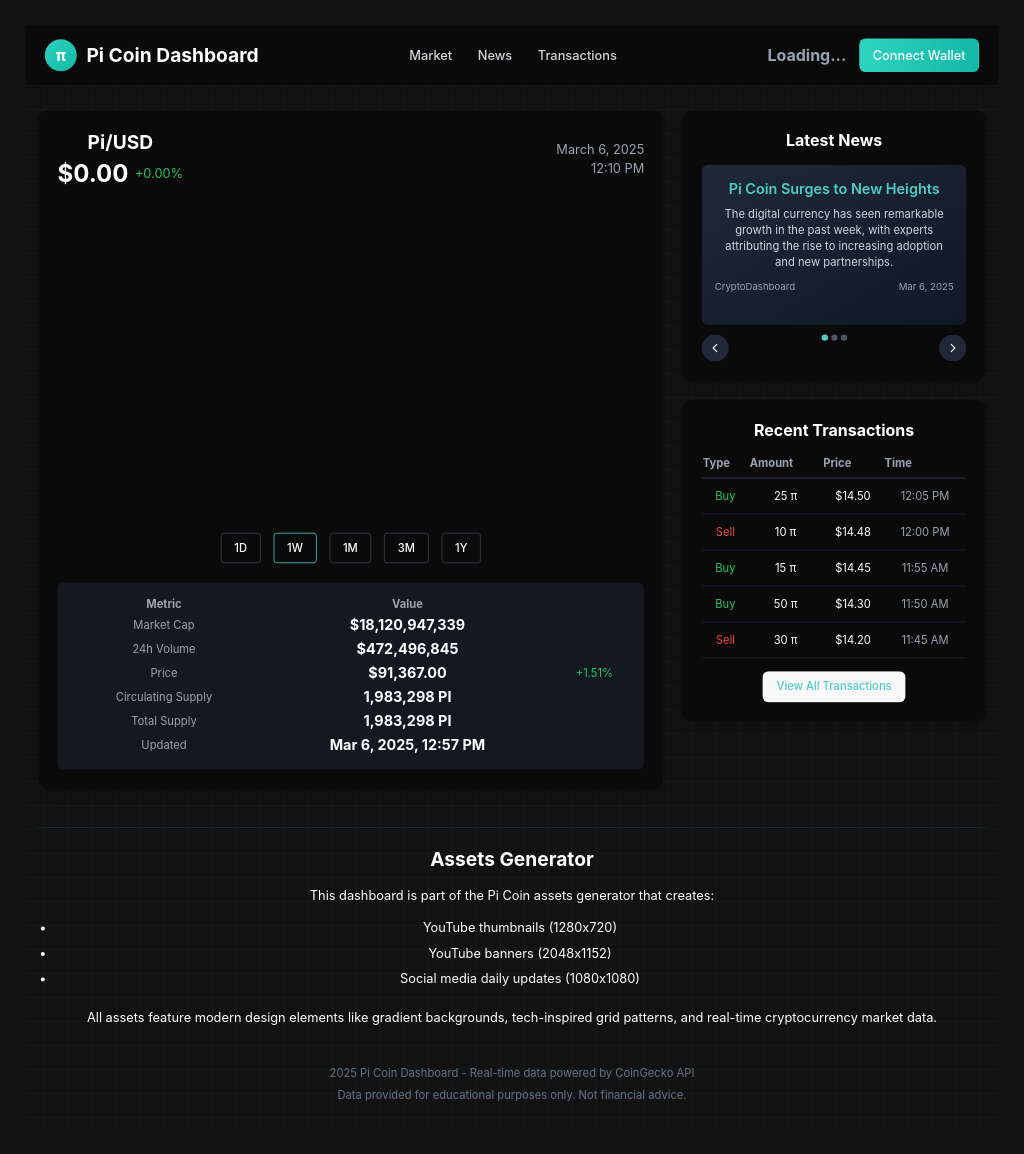
Repository: Freezler/pi-coin-dashboard
Page: /
An editor plug-in stored every save of this project. The page is shown before and after the next save, followed by the edit.
The browser window is 1280 px wide. The pictures show the whole page, at 80% of full size.
The page's requests for data from a server got no answer. The project was rebuilt for these pictures with package versions that can differ from the ones it lists, and the page was loaded fresh each time. No one was signed in, and anything a server would have sent is missing. Also part of the build but not shown: svelte.config.js, vite.config.js.

Above is the page before, as saved 2025-03-06 13:48:13.

After the next save:
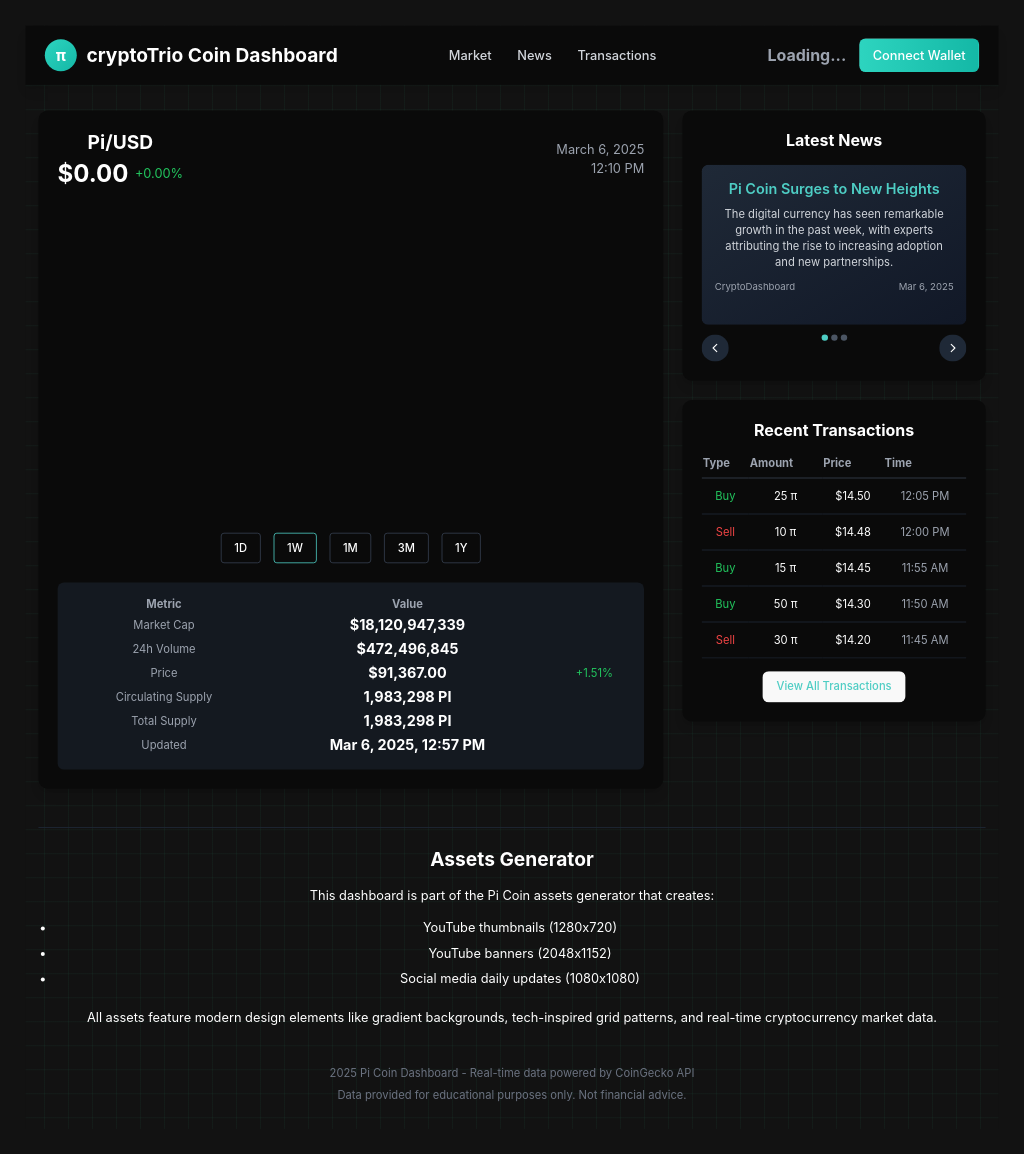
Saved 103 s later.
--- a/src/components/Navbar.svelte
+++ b/src/components/Navbar.svelte
@@ -4,23 +4,32 @@
   export let loading = false;
 
   // Calculate the color based on positive or negative change
-  $: changeColor = change24h >= 0 ? 'text-green-500' : 'text-red-500';
-  $: changeSign = change24h >= 0 ? '+' : '';
+  $: changeColor = change24h >= 0 ? "text-green-500" : "text-red-500";
+  $: changeSign = change24h >= 0 ? "+" : "";
 </script>
 
 <nav class="bg-pi-darker py-4 px-6 shadow-lg">
   <div class="container mx-auto flex justify-between items-center">
     <div class="flex items-center">
-      <div class="w-10 h-10 bg-gradient-to-br from-teal-400 to-teal-500 rounded-full flex items-center justify-center mr-3">
+      <div
+        class="w-10 h-10 bg-gradient-to-br from-teal-400 to-teal-500 rounded-full flex items-center justify-center mr-3"
+      >
         <span class="text-white font-bold text-xl">π</span>
       </div>
-      <h1 class="text-2xl font-bold text-white">Pi Coin Dashboard</h1>
+      <h1 class="text-2xl font-bold text-white">cryptoTrio Coin Dashboard</h1>
     </div>
 
     <div class="hidden md:flex items-center space-x-8">
-      <a href="#market" class="text-gray-300 hover:text-white transition-colors">Market</a>
-      <a href="#news" class="text-gray-300 hover:text-white transition-colors">News</a>
-      <a href="#transactions" class="text-gray-300 hover:text-white transition-colors">Transactions</a>
+      <a href="#market" class="text-gray-300 hover:text-white transition-colors"
+        >Market</a
+      >
+      <a href="#news" class="text-gray-300 hover:text-white transition-colors"
+        >News</a
+      >
+      <a
+        href="#transactions"
+        class="text-gray-300 hover:text-white transition-colors">Transactions</a
+      >
     </div>
 
     <div class="flex items-center">
@@ -30,11 +39,19 @@
         </div>
       {:else}
         <div class="mr-2 md:mr-4">
-          <p class="text-lg md:text-xl font-bold">${typeof piPrice === 'number' ? piPrice.toFixed(2) : piPrice}</p>
-          <p class="text-sm {changeColor}">{changeSign}{typeof change24h === 'number' ? change24h.toFixed(2) : change24h}%</p>
+          <p class="text-lg md:text-xl font-bold">
+            ${typeof piPrice === "number" ? piPrice.toFixed(2) : piPrice}
+          </p>
+          <p class="text-sm {changeColor}">
+            {changeSign}{typeof change24h === "number"
+              ? change24h.toFixed(2)
+              : change24h}%
+          </p>
         </div>
       {/if}
-      <button class="bg-gradient-to-r from-teal-400 to-teal-500 hover:bg-opacity-90 text-white px-4 py-2 rounded-lg transition-colors">
+      <button
+        class="bg-gradient-to-r from-teal-400 to-teal-500 hover:bg-opacity-90 text-white px-4 py-2 rounded-lg transition-colors"
+      >
         Connect Wallet
       </button>
     </div>
